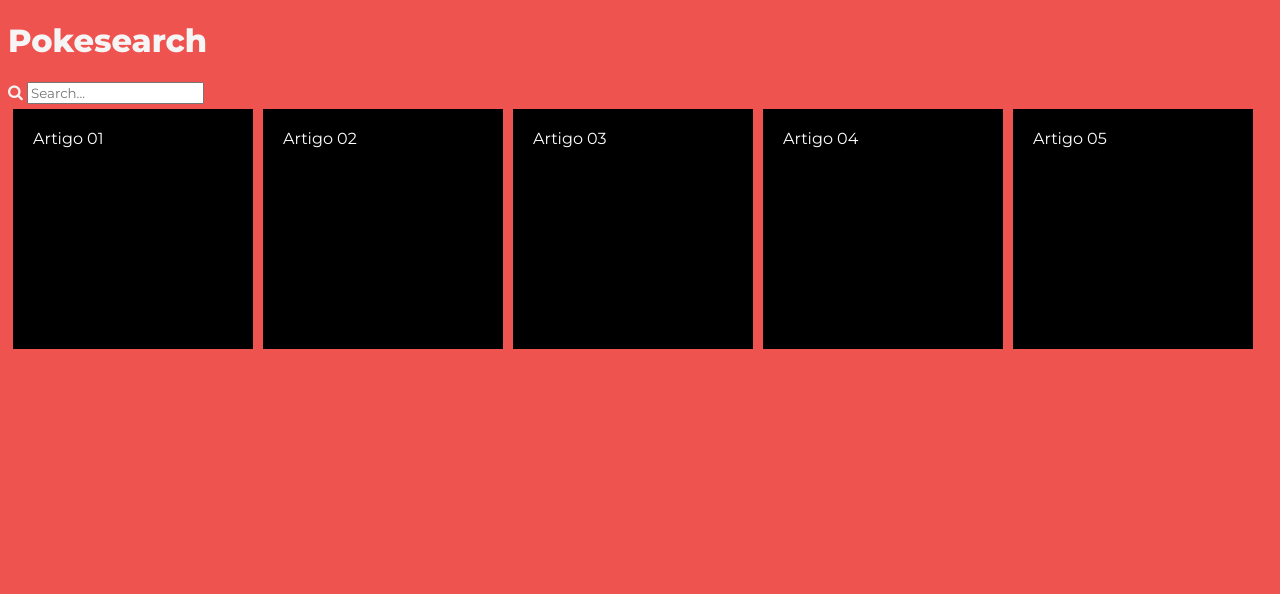
Repository: byjuliogomes/pokebyte
Page: index.html
An editor plug-in stored every save of this project. The page is shown before and after the next save, followed by the edit.
The browser window is 1280 px wide. The pictures show the whole page.
Some web libraries are served in a nearby version.

Above is the page before, as saved 2020-06-04 09:55:25.

### index.html
<!DOCTYPE html>
<html lang="pt-br">
<head>
    <meta charset="UTF-8">
    <meta name="viewport" content="width=device-width, initial-scale=1.0">
    <title>Pokesearch</title>
    <link rel="stylesheet" href="app.css">
    <link href="https://fonts.googleapis.com/css2?family=Montserrat:wght@400;600;800;900&display=swap" rel="stylesheet">
    <link href="//maxcdn.bootstrapcdn.com/font-awesome/4.1.0/css/font-awesome.min.css" rel="stylesheet">
</head>
<body>
    <h1>Pokesearch</h1>
    <div class="box">
        <div class="container-1">
            <span class="icon"><i class="fa fa-search"></i></span>
            <input type="search" id="search" placeholder="Search..." />
        </div>
      </div>
    <section class="container">
        <article class="item article-01">
            Artigo 01
        </article>
        <article class="item article-02">
            Artigo 02
        </article>
        <article class="item article-03">
            Artigo 03
        </article>
        <article class="item article-04">
            Artigo 04
        </article>
        <article class="item article-05">
            Artigo 05
        </article>

    </section>
    <script src="app.js"></script>
</body>
</html>

### app.css
* {
    font-family: 'Montserrat', sans-serif;
}

body {
    background-color: #EF5350;
    color: whitesmoke;
}

.container {
    height: 200px;
    display: flex;
    flex-wrap: wrap;
    flex-flow: row wrap;
    justify-content: flex-start;
    align-content: stretch;
}

.item{
    background-color: black;
    color: #ffff;
    padding: 20px;
    margin: 5px;
    width: 200px;
    height: 200px;
}

### app.js
const fetchPokemon = () => {

};

After the next save:
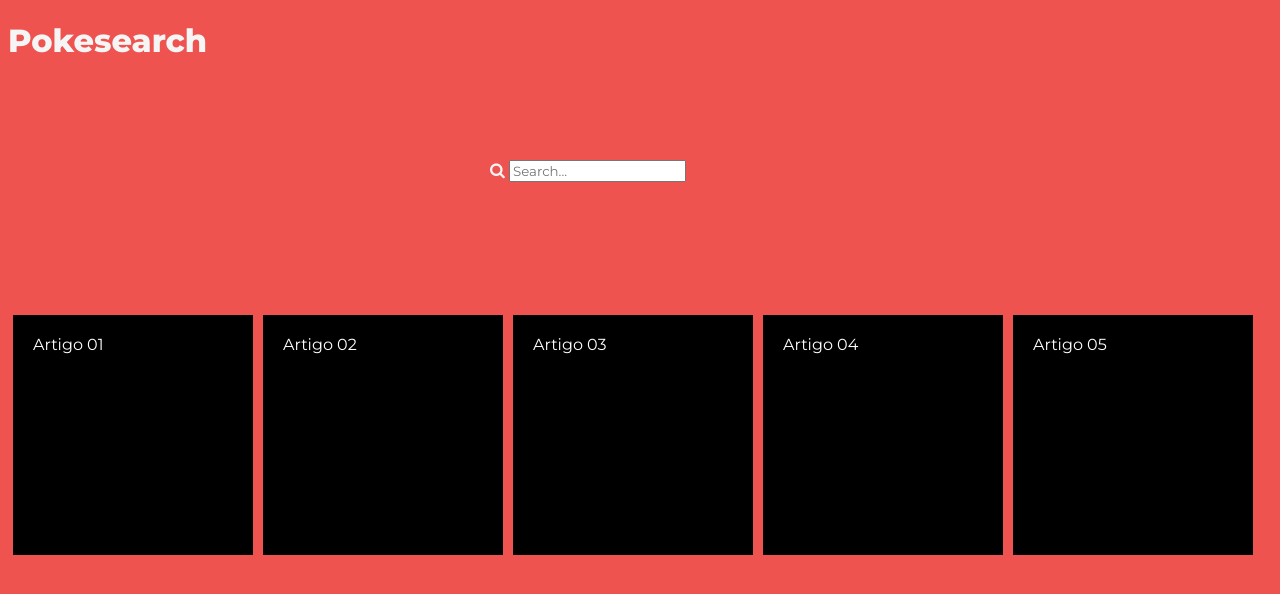
Saved 51 s later.
--- a/app.css
+++ b/app.css
@@ -24,3 +24,9 @@
     width: 200px;
     height: 200px;
 }
+
+.box{
+    margin: 100px auto;
+    width: 300px;
+    height: 50px;
+  }
